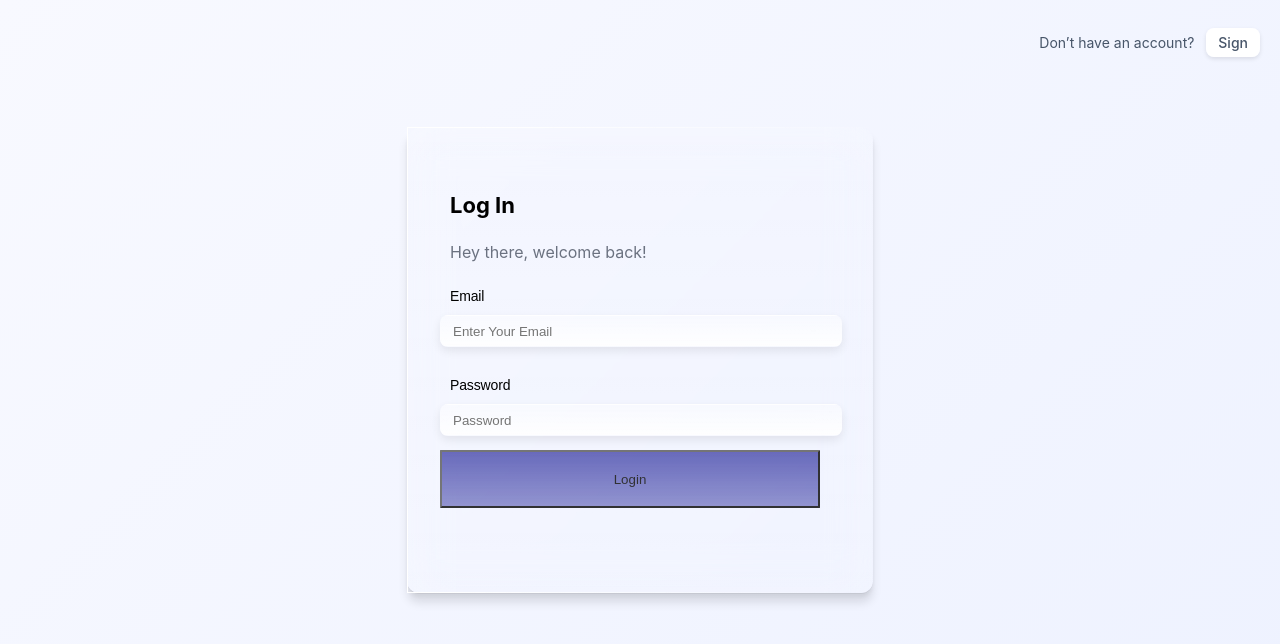
Repository: AfifaNoor/Admin_Panel-React-
Page: /
The author's editor kept a copy of each file at every save. The page is drawn from the files as they stood at one save, then again after the next save.
The browser window is 1280 px wide. The pictures show the whole page.
The project was rebuilt for these pictures with package versions that can differ from the ones it lists, and the page was loaded fresh each time. Also part of the build but not shown: src/SignUp.jsx.

Above is the page before, as saved 2025-07-10 17:58:34.

After the next save:
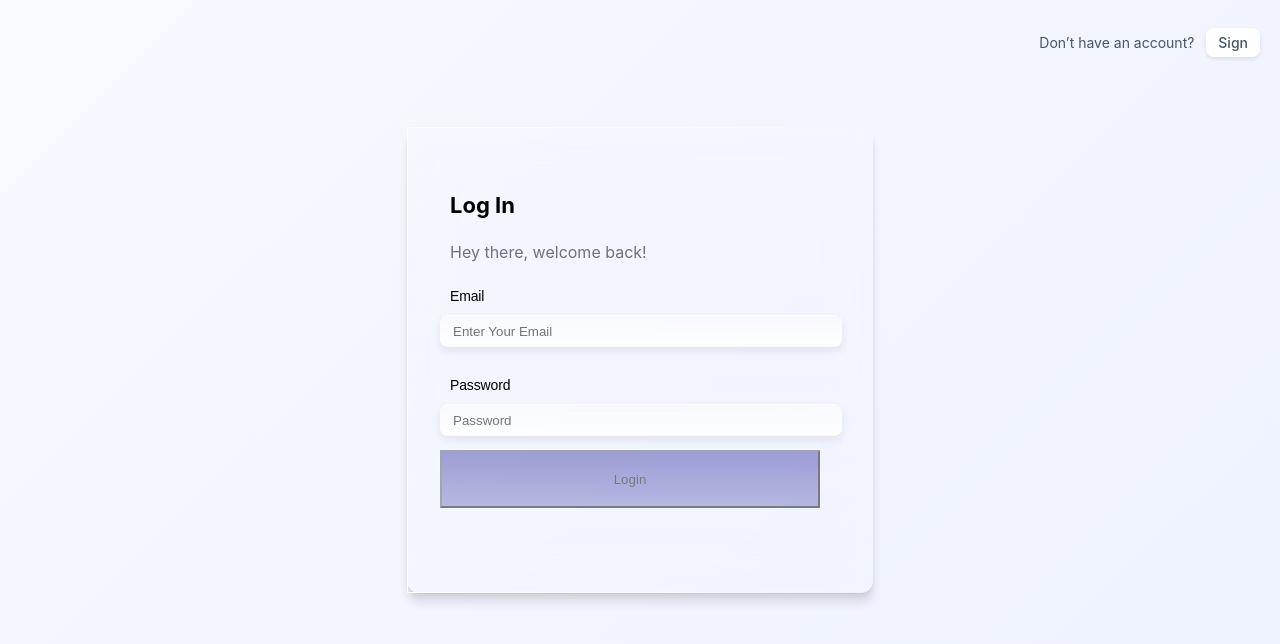
Saved 16 s later.
--- a/src/LoginPage.css
+++ b/src/LoginPage.css
@@ -170,7 +170,7 @@ margin-bottom: 5px;
   padding: 7px 7px ;
   gap: 12px;
   border-radius: 1px;
-  opacity: 80%;
+  opacity: 50%;
   background: linear-gradient(180deg, #4648AB 0%, rgba(70, 72, 171, 0.7) 100%)
   /* background: linear-gradient(119.36deg, rgba(99, 102, 241, 0.2) 0%, rgba(236, 72, 153, 0.2) 100%) */
 
